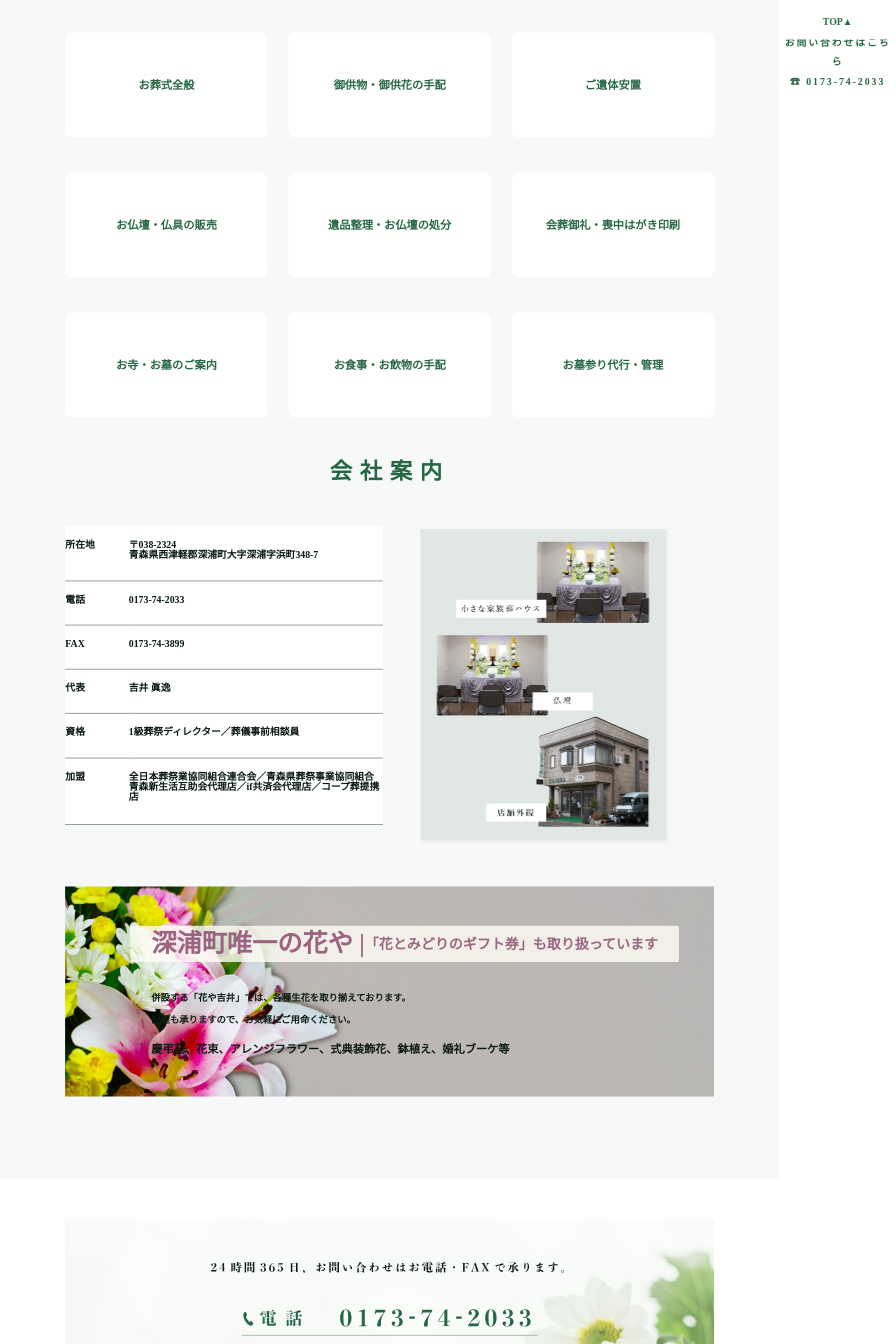
Repository: plus-agc-service-yamauchi/yoshii_scratch_ver3
Page: about.html
These files come from the project's save history. The page is drawn as it stood at one moment and after the next save; the edit follows.
The browser window is 1280 px wide. The pictures show the part of the page from y = 568 to 2488 px (the page is 3646 px tall), at 70% of full size.
Some web libraries are served in a nearby version. The style sheet was rebuilt from its Sass, Less or Tailwind sources for each picture, by a compiler version that may differ from the author's.

Above is the page before, as saved 2021-02-01 15:07:24.
Console error (its wording comes from the project's code and is left out).

After the next save:
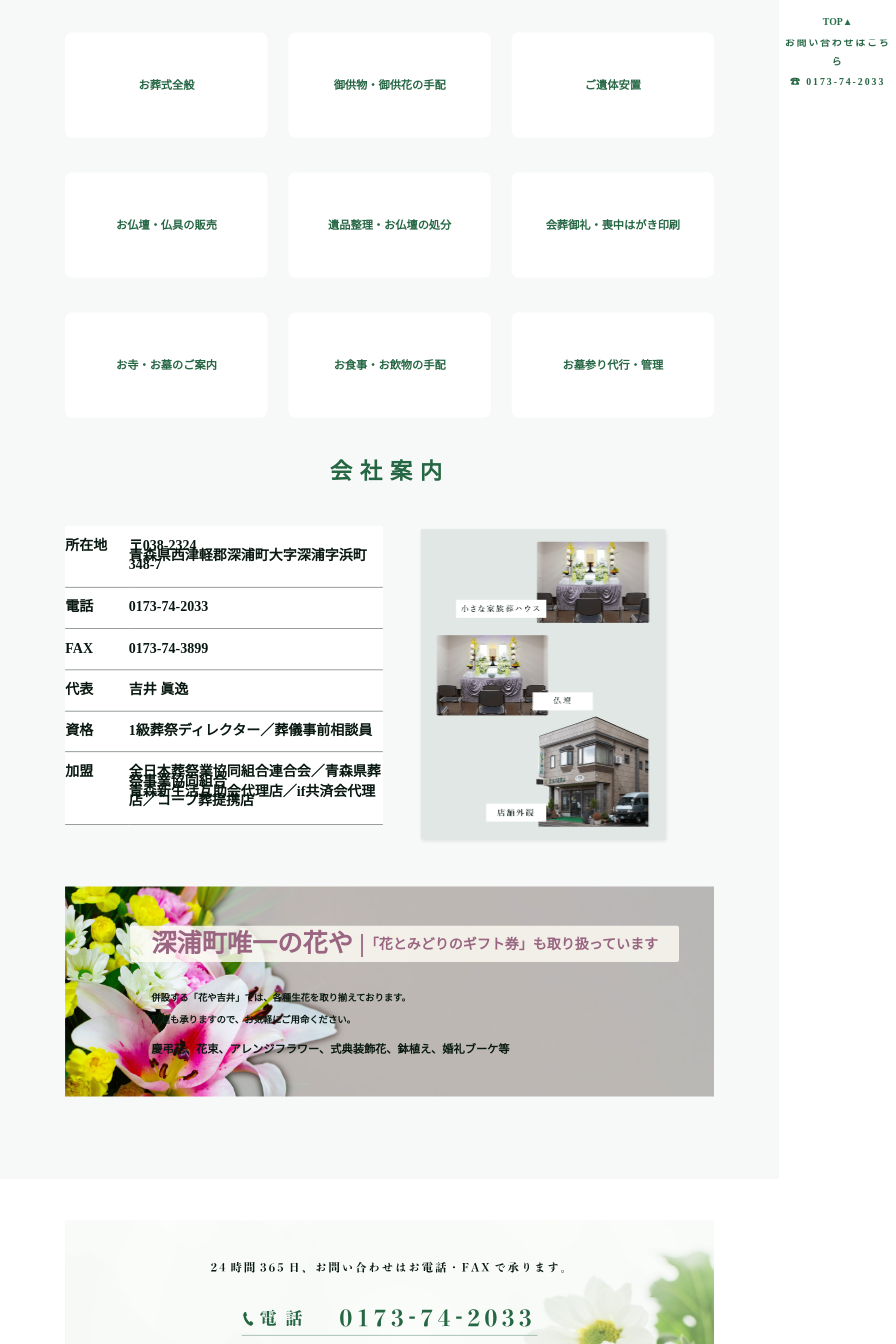
Saved 8 s later.
--- a/scss/about.scss
+++ b/scss/about.scss
@@ -232,7 +232,7 @@ td.tdr {
     padding: 20px;
   }
   td.tdl {
-    font-size: 14px;
+    font-size: 20px;
     line-height: 1.4rem;
     letter-spacing: 1.8;
     width: 20%;
@@ -242,7 +242,7 @@ td.tdr {
 
   td.tdr {
     width: 80%;
-    font-size: 14px;
+    font-size: 20px;
     line-height: 1.4rem;
     letter-spacing: 1.8;
     padding: 20px 0;
